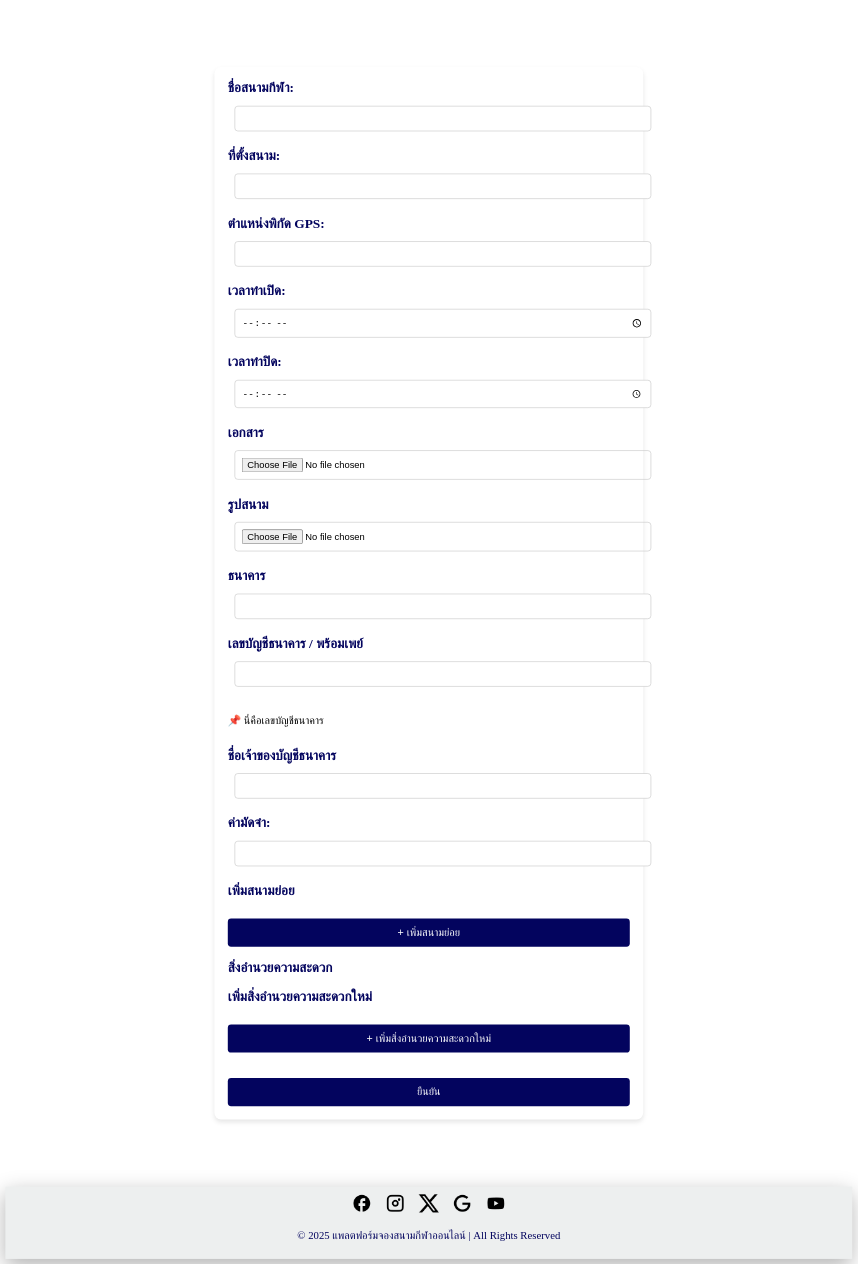
Repository: narawit101/project2
Page: /register-field (app in frontend/)
The author's editor kept a copy of each file at every save. The page is drawn from the files as they stood at one save, then again after the next save.
The browser window is 1280 px wide. The pictures show the whole page, at 67% of full size.
The page's requests for data from a server got no answer. The project was rebuilt for these pictures with package versions that can differ from the ones it lists, and the page was loaded fresh each time. The framework's server and built-in components were replaced by stand-ins that run in the browser. No one was signed in, and anything a server would have sent is missing. Also part of the build but not shown: frontend/next.config.js, frontend/next.config.mjs, frontend/src/app/globals.css.

Above is the page before, as saved 2025-03-18 23:56:18.

### frontend/src/app/layout.jsx
import { Kanit } from "next/font/google";
import "./globals.css";
import  Footer from "./components/Footer"

const kanitFont = Kanit({
  variable: "--font-kanit",
  subsets: ["latin", "thai"],
  weight: ["300", "400", "600"],
});

export const metadata = {
  title: "แพลตฟอร์มจองสนามกีฬาออนไลน์",
  description: "Generated by create next app",
  icons: {
    icon:"./favicon.ico"
  }
};

export default function RootLayout({ children }) {
  return (
    <html lang="en">
      <body className={`${kanitFont.variable} antialiased`}>{children}
      <Footer></Footer>
      </body>

    </html>
  );
}

### frontend/src/app/(shared)/register-field/page.jsx
import React from "react";
import RegisterFieldForm from "@/app/components/RegisterFieldForm";

export default function RegisterFieldPage() {
  return (
    <>
    <RegisterFieldForm></RegisterFieldForm>

    </>
  );
}

### frontend/src/app/components/Footer.jsx
import React from "react";
import "../css/footer.css";

export default function Footer() {
  return (
    <div>
      <footer className="footer">
        <div className="social-icons">
          <a href="#">
            <img src="img/fblogo.png" alt="Facebook" />
          </a>
          <a href="#">
            <img src="img/iglogo.png" alt="Instagram" />
          </a>
          <a href="#">
            <img src="img/xlogo.png" alt="Twitter" />
          </a>
          <a href="#">
            <img src="img/gglogo.png" alt="Google" />
          </a>
          <a href="#">
            <img src="img/ytlogo.png" alt="YouTube" />
          </a>
        </div>

        <p className="copyright">
          &copy; 2025 แพลตฟอร์มจองสนามกีฬาออนไลน์ | All Rights Reserved
        </p>
      </footer>
    </div>
  );
}

### frontend/src/app/components/RegisterFieldForm.jsx
"use client";
import React, { useState, useEffect } from "react";
import "../css/registerFieldForm.css";

export default function RegisterFieldForm() {
  const API_URL = "http://localhost:5000";

  const [sports, setSports] = useState([]);
  const [facilities, setFacilities] = useState([]);
  const [selectedFacilities, setSelectedFacilities] = useState({});
  const [subFields, setSubFields] = useState([]);
  const [addOns, setAddons] = useState([]);
  const [newFacility, setNewFacility] = useState("");
  const [showNewFacilityInput, setShowNewFacilityInput] = useState(false);

  const [fieldData, setFieldData] = useState({
    field_name: "",
    address: "",
    gps_location: "",
    documents: null,
    open_hours: "",
    close_hours: "",
    img_field: null,
    preview_img: null,
    number_bank: "",
    account_holder: "",
    price_deposit: "",
    name_bank: "",
    selectedSport: "",
  });

  // 📌 โหลดประเภทกีฬา
  useEffect(() => {
    fetch(`${API_URL}/sports_types`)
      .then((res) => res.json())
      .then((data) => setSports(data))
      .catch((error) => console.error("Error fetching sports:", error));
  }, []);

  // 📌 โหลดสิ่งอำนวยความสะดวก
  useEffect(() => {
    fetch(`${API_URL}/facilities`)
      .then((res) => res.json())
      .then((data) => setFacilities(data))
      .catch((error) => console.error("Error fetching facilities:", error));
  }, []);

  // 📌 อัปเดตค่าช่องกรอกข้อมูลสนาม
  const handleFieldChange = (e) => {
    setFieldData({ ...fieldData, [e.target.name]: e.target.value });
  };

  // 📌 ฟังก์ชันเลือก Checkbox สิ่งอำนวยความสะดวก
  const handleFacilityChange = (facId) => {
    setSelectedFacilities((prev) => {
      const updatedFacilities = { ...prev };
      if (updatedFacilities[facId] !== undefined) {
        delete updatedFacilities[facId];
      } else {
        updatedFacilities[facId] = "";
      }
      return updatedFacilities;
    });
  };

  // 📌 ฟังก์ชันอัปเดตราคาสิ่งอำนวยความสะดวก
  const handleFacilityPriceChange = (facId, price) => {
    setSelectedFacilities((prev) => ({
      ...prev,
      [facId]: price,
    }));
  };

  // 📌 ฟังก์ชันเพิ่มสิ่งอำนวยความสะดวกใหม่
  const addNewFacility = async () => {
    if (!newFacility.trim()) return;

    const res = await fetch(`${API_URL}/facilities/add`, {
      method: "POST",
      headers: { "Content-Type": "application/json" },
      body: JSON.stringify({ fac_name: newFacility }),
    });

    const data = await res.json();
    if (data.error) {
      console.error("Error:", data.error);
      return;
    }

    setFacilities([...facilities, data]);
    setNewFacility("");
    setShowNewFacilityInput(false);
  };

  // ✅ เพิ่มสนามย่อย (มี addOns ในตัวเอง)
  const addSubField = () => {
    // ✅ ดึง user_id จาก localStorage
    const storedUser = localStorage.getItem("user");
    const userData = storedUser ? JSON.parse(storedUser) : null;
    const userId = userData ? userData.user_id : null; // ดึง user_id

    setSubFields([
      ...subFields,
      { name: "", price: "", sport_id: "", user_id: userId, addOns: [] },
    ]);
  };

  // ✅ ลบสนามย่อย (รวมถึง Add-ons ที่อยู่ภายใน)
  const removeSubField = (index) => {
    setSubFields(subFields.filter((_, i) => i !== index));
  };

  // ✅ อัปเดตข้อมูลสนามย่อย
  const updateSubField = (index, key, value) => {
    const updatedSubFields = [...subFields];
    updatedSubFields[index][key] = value;
    setSubFields(updatedSubFields);
  };

  const addAddOn = (subIndex) => {
    const updatedSubFields = [...subFields];
    updatedSubFields[subIndex].addOns.push({ content: "", price: "" });
    setSubFields(updatedSubFields);
  };

  // 📌 อัปเดตค่า Add-on
  const updateAddOn = (subIndex, addOnIndex, key, value) => {
    const updatedSubFields = [...subFields];
    updatedSubFields[subIndex].addOns[addOnIndex][key] = value;
    setSubFields(updatedSubFields);
  };

  // 📌 ลบ Add-on
  const removeAddOn = (subIndex, addOnIndex) => {
    const updatedSubFields = [...subFields];
    updatedSubFields[subIndex].addOns.splice(addOnIndex, 1);
    setSubFields(updatedSubFields);
  };

  // 📌 ฟังก์ชันจัดการอัปโหลดรูป และแสดงตัวอย่าง
  const handleimgChange = (e) => {
    const file = e.target.files[0]; // ดึงไฟล์รูปจาก input
    if (file) {
      setFieldData({
        ...fieldData,
        img_field: file,
        imgPreview: URL.createObjectURL(file), // สร้าง URL เพื่อแสดงรูป
      });
    }
  };

  const handleSubmit = async (e) => {
    e.preventDefault();

    const storedUser = localStorage.getItem("user");
    if (!storedUser) {
      alert("❌ กรุณาเข้าสู่ระบบก่อน!");
      return;
    }

    const userData = JSON.parse(storedUser);
    const userId = userData.user_id; // ✅ ดึง user_id ตอน Submit

    const formData = new FormData();
    formData.append("documents", fieldData.documents);
    formData.append("img_field", fieldData.img_field); // ✅ เพิ่มการส่งรูปภาพ
    formData.append(
      "data",
      JSON.stringify({
        user_id: userId,
        field_name: fieldData.field_name,
        address: fieldData.address,
        gps_location: fieldData.gps_location,
        open_hours: fieldData.open_hours,
        close_hours: fieldData.close_hours,
        number_bank: fieldData.number_bank,
        account_holder: fieldData.account_holder,
        price_deposit: fieldData.price_deposit,
        name_bank: fieldData.name_bank,
        status: fieldData.status || "รอตรวจสอบ", // ✅ เพิ่มค่า Status
        selectedFacilities,
        subFields: subFields,
      })
    );

    try {
      const res = await fetch("http://localhost:5000/field/register", {
        method: "POST",
        body: formData,
      });

      const data = await res.json();
      if (data.error) {
        console.error("❌ Error:", data.error);
        alert("เกิดข้อผิดพลาด: " + data.error);
        return;
      }

      alert("บันทึกข้อมูลสนามเรียบร้อย! รูปภาพถูกอัปโหลดที่: " + data.img_path);
    } catch (error) {
      console.error("❌ Fetch Error:", error);
      alert("เกิดข้อผิดพลาดในการส่งข้อมูล");
    }
  };

  return (
    <div className="contianer">
      <form onSubmit={handleSubmit} encType="multipart/form-data">
        <div className="input-group">
          {" "}
          <label>ชื่อสนามกีฬา:</label>
          <input
            type="text"
            name="field_name"
            value={fieldData.field_name}
            onChange={handleFieldChange}
          />
        </div>
        <div className="input-group">
          <label>ที่ตั้งสนาม:</label>
          <input
            type="text"
            name="address"
            value={fieldData.address}
            onChange={handleFieldChange}
          />
        </div>
        <div className="input-group">
          <label>ตำแหน่งพิกัด GPS:</label>
          <input
            type="text"
            name="gps_location"
            value={fieldData.gps_location}
            onChange={handleFieldChange}
          />
        </div>
        <div className="input-group">
          <label>เวลาทำเปิด:</label>
          <input
            type="time"
            name="open_hours"
            value={fieldData.open_hours}
            onChange={handleFieldChange}
          />
        </div>
        <div className="input-group">
          <label>เวลาทำปิด:</label>
          <input
            type="time"
            name="close_hours"
            value={fieldData.close_hours}
            onChange={handleFieldChange}
          />
        </div>
        <div className="input-group">
          <label htmlFor="documents">เอกสาร</label>
          <input
            type="file"
            onChange={(e) =>
              setFieldData({ ...fieldData, documents: e.target.files[0] })
            }
          />
        </div>
        <div className="input-group">
          <label htmlFor="img_field">รูปสนาม</label>

          <input type="file" onChange={handleimgChange} accept="image/*" />
        </div>
        {/* ✅ แสดงรูปตัวอย่างถ้ามีการอัปโหลด */}
        {fieldData.imgPreview && (
          <div>
            <p>ตัวอย่างรูป:</p>
            <img
              src={fieldData.imgPreview}
              alt="Preview"
              style={{ width: "200px", height: "auto", marginTop: "10px" }}
            />
          </div>
        )}
        <div className="input-group">
          <label htmlFor="bank">ธนาคาร</label>
          <input
            type="text"
            name="name_bank"
            value={fieldData.name_bank}
            onChange={handleFieldChange}
          />
        </div>
        <div className="input-group">
          <label htmlFor="bank">เลขบัญชีธนาคาร / พร้อมเพย์</label>
          <input
            type="number"
            name="number_bank"
            value={fieldData.number_bank}
            onChange={(e) => {
              const value = e.target.value;

              // ✅ อนุญาตเฉพาะตัวเลข
              if (/^\d*$/.test(value)) {
                setFieldData({ ...fieldData, number_bank: value });
              }
            }}
            onBlur={() => {
              const isPromptPay = fieldData.name_bank === "พร้อมเพย์";
              const length = fieldData.number_bank.length;

              // ✅ ตรวจสอบความถูกต้องของเลขที่กรอก
              if (
                (!isPromptPay && length !== 12) || // ✅ ถ้าเป็นบัญชีธนาคารต้อง 12 หลัก
                (isPromptPay && length !== 10 && length !== 13) // ✅ ถ้าเป็นพร้อมเพย์ต้อง 10 หรือ 13 หลัก
              ) {
                alert("เลขที่กรอกไม่ถูกต้อง กรุณากรอกให้ตรงกับเงื่อนไข");
                setFieldData({ ...fieldData, number_bank: "" }); // ❌ เคลียร์ค่า
              }
            }}
            maxLength={13} // ✅ จำกัดสูงสุดที่ 13 หลัก
          />
        </div>
        <div className="input-group">
          <p>
            📌{" "}
            {fieldData.name_bank === "พร้อมเพย์"
              ? "นี่คือหมายเลขพร้อมเพย์"
              : "นี่คือเลขบัญชีธนาคาร"}
          </p>
        </div>
        <div className="input-group">
          <label htmlFor="bank">ชื่อเจ้าของบัญชีธนาคาร</label>
          <input
            type="text"
            name="account_holder"
            value={fieldData.account_holder}
            onChange={handleFieldChange}
          />
        </div>
        <div className="input-group">
          <label>ค่ามัดจำ:</label>
          <input
            type="number"
            name="price_deposit"
            value={fieldData.price_deposit}
            onChange={handleFieldChange}
          />
        </div>
        <div className="input-group">
          <label>เพิ่มสนามย่อย</label>
        </div>
        {subFields.map((sub, subIndex) => (
          <div
            key={subIndex}
            style={{
              border: "1px solid #ccc",
              padding: "10px",
              marginBottom: "10px",
            }}
          >
            {/* ✅ Input กรอกชื่อสนามย่อย */}
            <div className="input-group">
              <input
                type="text"
                placeholder="ชื่อสนามย่อย"
                value={sub.name}
                onChange={(e) =>
                  updateSubField(subIndex, "name", e.target.value)
                }
              />
            </div>
            {/* ✅ Input กรอกราคา */}
            <div className="input-group">
              <input
                type="number"
                placeholder="ราคา"
                value={sub.price}
                onChange={(e) =>
                  updateSubField(subIndex, "price", e.target.value)
                }
              />
            </div>

            {/* ✅ Dropdown เลือกประเภทกีฬา */}
            <div className="input-group">
              <select
                value={sub.sport_id}
                onChange={(e) =>
                  updateSubField(subIndex, "sport_id", e.target.value)
                }
              >
                <option value="">เลือกประเภทกีฬา</option>
                {sports.map((sport) => (
                  <option key={sport.sport_id} value={sport.sport_id}>
                    {sport.sport_name}
                  </option>
                ))}
              </select>
            </div>

            {/* ✅ ปุ่มเพิ่มกิจกรรมเพิ่มเติม (เฉพาะสนามนี้) */}
            <button
              className="addbtn"
              type="button"
              onClick={() => addAddOn(subIndex)}
            >
              เพิ่มกิจกรรมเพิ่มเติม
            </button>

            {/* ✅ ปุ่มลบสนามย่อย */}
            <button
              className="delbtn"
              type="button"
              onClick={() => removeSubField(subIndex)}
            >
              ลบสนามย่อย
            </button>

            {/* ✅ แสดงรายการกิจกรรมเพิ่มเติมที่อยู่ในสนามนี้ */}
            {sub.addOns.map((addon, addOnIndex) => (
              <div
                key={addOnIndex}
                style={{ marginLeft: "20px", marginTop: "5px" }}
              >
                {/* ✅ Input กรอกชื่อกิจกรรม */}
                <div className="input-group">
                  <input
                    type="text"
                    placeholder="ชื่อกิจกรรม"
                    value={addon.content}
                    onChange={(e) =>
                      updateAddOn(
                        subIndex,
                        addOnIndex,
                        "content",
                        e.target.value
                      )
                    }
                  />
                </div>
                {/* ✅ Input กรอกราคา */}
                <div className="input-group">
                  <input
                    type="number"
                    placeholder="ราคา"
                    value={addon.price}
                    onChange={(e) =>
                      updateAddOn(subIndex, addOnIndex, "price", e.target.value)
                    }
                  />
                </div>

                {/* ✅ ปุ่มลบกิจกรรมเพิ่มเติม */}
                <button
                  className="delevn"
                  type="button"
                  onClick={() => removeAddOn(subIndex, addOnIndex)}
                >
                  ลบกิจกรรมเพิ่มเติม
                </button>
              </div>
            ))}
          </div>
        ))}

        {/* ✅ ปุ่มเพิ่มสนามย่อย */}

        <button className="addsubfield" type="button" onClick={addSubField}>
          + เพิ่มสนามย่อย
        </button>
        <div className="input-group">
          <label>สิ่งอำนวยความสะดวก</label>
        </div>
        {facilities.map((fac) => (
  <div key={fac.fac_id} className="facility-item">
    {/* Checkbox เลือกสิ่งอำนวยความสะดวก */}
    <div className="input-group">
      <input
        type="checkbox"
        checked={selectedFacilities[fac.fac_id] !== undefined}
        onChange={() => handleFacilityChange(fac.fac_id)}
      />
      <label>{fac.fac_name}</label>
    </div>

    {/* ป้อนราคาเมื่อเลือกสิ่งอำนวยความสะดวก */}
    {selectedFacilities[fac.fac_id] !== undefined && (
      <div className="input-group">
        <input
          type="number"
          placeholder="กำหนดราคา"
          value={selectedFacilities[fac.fac_id]}
          onChange={(e) => handleFacilityPriceChange(fac.fac_id, e.target.value)}
        />
      </div>
    )}
  </div>
))}

        <div className="input-group">
          <label>เพิ่มสิ่งอำนวยความสะดวกใหม่</label>
        </div>
        {!showNewFacilityInput ? (
          <button
            className="addfac"
            type="button"
            onClick={() => setShowNewFacilityInput(true)}
          >
            + เพิ่มสิ่งอำนวยความสะดวกใหม่
          </button>
        ) : (
          <div>
            <input
              type="text"
              placeholder="ชื่อสิ่งอำนวยความสะดวก"
              value={newFacility}
              onChange={(e) => setNewFacility(e.target.value)}
            />
            <button className="savebtn" type="button" onClick={addNewFacility}>
              บันทึก
            </button>
            <button
              className="canbtn"
              type="button"
              onClick={() => setShowNewFacilityInput(false)}
            >
              ยกเลิก
            </button>
          </div>
        )}

        <br />
        <button type="submit">ยืนยัน</button>
      </form>
    </div>
  );
}

### frontend/src/app/css/footer.css
:root {
  --text-color: #03045e;
}
.footer {
  background: #edefef;
  padding: 10px 0;
  text-align: center;
  color: var(--text-color);
  position: relative;
  box-shadow: 0px 10px 30px rgba(0, 0, 0, 0.3);
}

.social-icons {
  display: flex;
  justify-content: center;
  gap: 20px;
  margin-bottom: 20px;
}

.social-icons a img {
  width: 30px;
  height: 30px;
  transition: transform 0.3s ease-in-out;
}

.social-icons a:hover img {
  transform: scale(1.1);
  filter: brightness(1.2);
}

.copyright {
  font-size: 16px;
}

### frontend/src/app/css/registerFieldForm.css
:root {
  --text-color: #03045e;
}

.contianer {
  width: 100%;
  max-width: 600px;
  margin: 100px auto;
  padding: 20px;
  background: #ffffff;
  box-shadow: 0 4px 8px rgba(0, 0, 0, 0.1);
  border-radius: 10px;
  text-align: left;
}
form {
  display: flex;
  flex-direction: column;
}

.input-group {
  margin-bottom: 15px;
  text-align: left;
}

label {
  font-size: 20px;
  font-weight: 600;
  color: var(--text-color);
  display: block;
  margin-bottom: 5px;
}

input {
  margin: 10px;
  width: 100%;
  padding: 10px;
  border: 1px solid #ccc;
  border-radius: 5px;
  font-size: 14px;
  transition: 0.3s;
}

input:focus {
  border-color: var(--text-color);
  box-shadow: 0 0 5px rgba(3, 4, 94, 0.5);
  outline: none;
}
.addbtn {
  margin: 0px 0px 10px 0px;
}
.delbtn {
  margin: 0px 0px 10px 10px;
}
.delevn {
  margin: 0px 0px 10px 0px;
}
.addsubfield {
  margin: 10px 0px 20px 0px;
}
.addfac {
  margin: 10px 0px 20px 0px;
}
.savebtn {
  margin: 10px 0px 20px 0px;
}
.canbtn {
  margin: 10px 0px 20px 10px;
}
button {
  background: var(--text-color);
  color: white;
  border: none;
  padding: 12px;
  font-size: 16px;
  cursor: pointer;
  border-radius: 5px;
  transition: 0.3s;
}

button:hover {
  background: #02226c;
}

### frontend/tailwind.config.mjs
/** @type {import('tailwindcss').Config} */
export default {
  content: [
    "./src/pages/**/*.{js,ts,jsx,tsx,mdx}",
    "./src/components/**/*.{js,ts,jsx,tsx,mdx}",
    "./src/app/**/*.{js,ts,jsx,tsx,mdx}",
  ],
  theme: {
    extend: {
      colors: {
        background: "var(--background)",
        foreground: "var(--foreground)",
      },
    },
  },
  plugins: [],
};

After the next save:
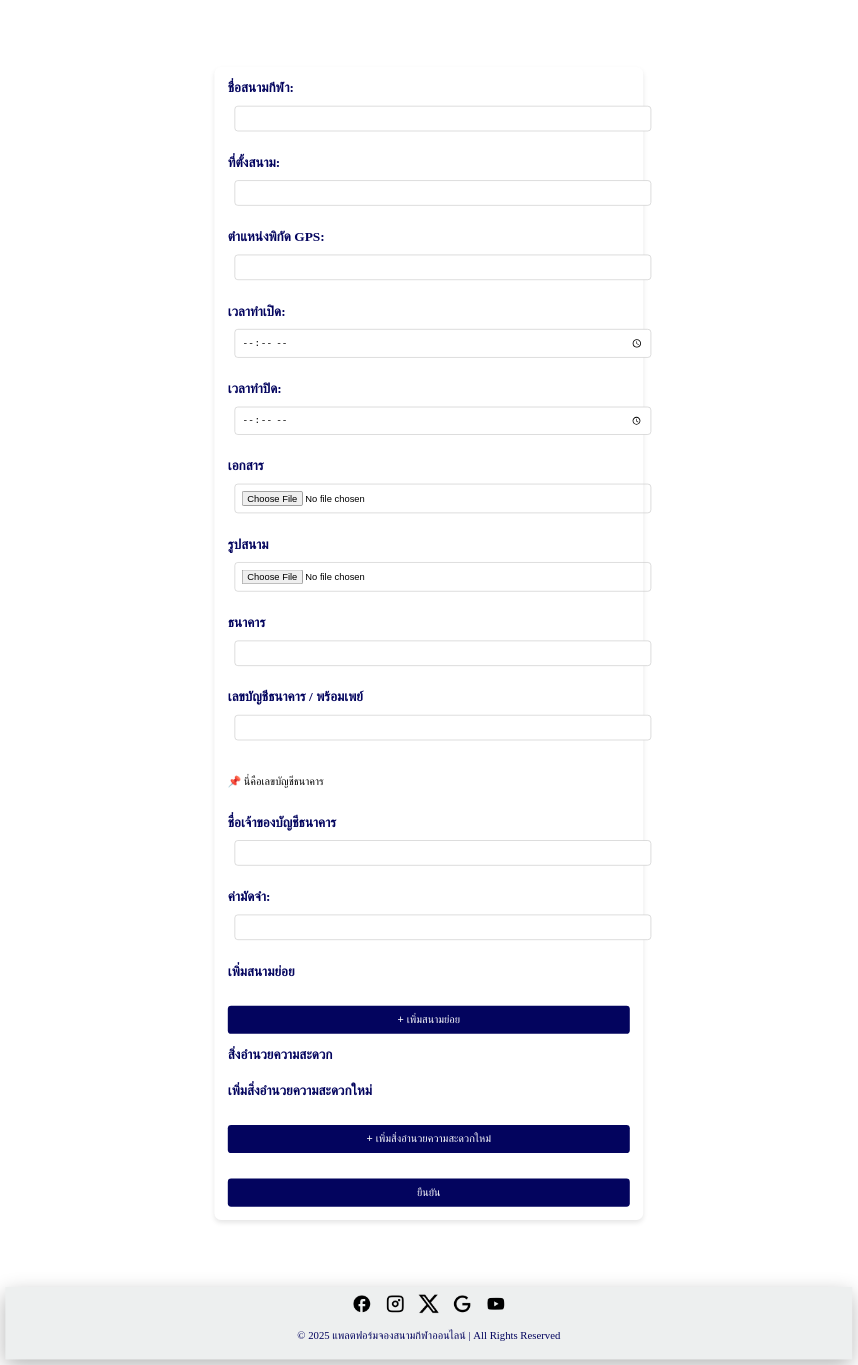
Saved 24 s later.
--- a/frontend/src/app/css/registerFieldForm.css
+++ b/frontend/src/app/css/registerFieldForm.css
@@ -18,7 +18,7 @@ form {
 }
 
 .input-group {
-  margin-bottom: 15px;
+  margin-bottom: 25px;
   text-align: left;
 }
 
